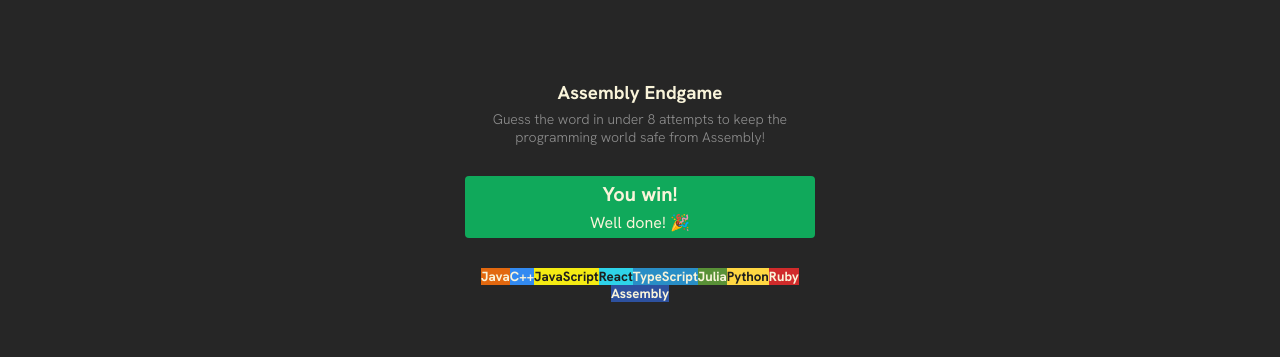
Repository: AchrafAzzaoui/AssemblyEndgame
Page: / (app in assembly-endgame/)
These files come from the project's save history. The page is drawn as it stood at one moment and after the next save; the edit follows.
The browser window is 1280 px wide. The pictures show the whole page.
The project was rebuilt for these pictures with package versions that can differ from the ones it lists, and the page was loaded fresh each time. Also part of the build but not shown: assembly-endgame/vite.config.js.

Above is the page before, as saved 2024-12-25 12:36:34.

After the next save:
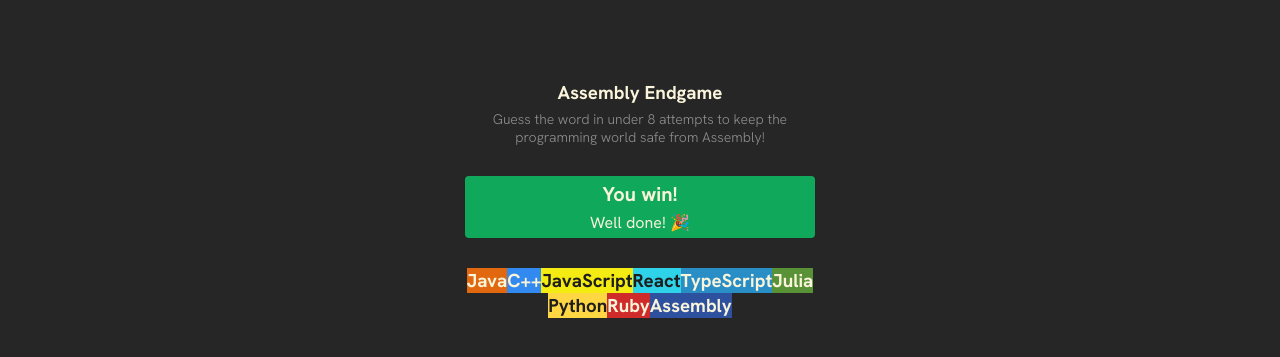
Saved 21 s later.
--- a/assembly-endgame/src/components/LanguageTags.jsx
+++ b/assembly-endgame/src/components/LanguageTags.jsx
@@ -9,7 +9,7 @@
         className="language-tag"
         style={{ backgroundColor: backgroundColor, color: color }}
       >
-        <h5>{name}</h5>
+        <h3>{name}</h3>
       </div>
     );
   });
